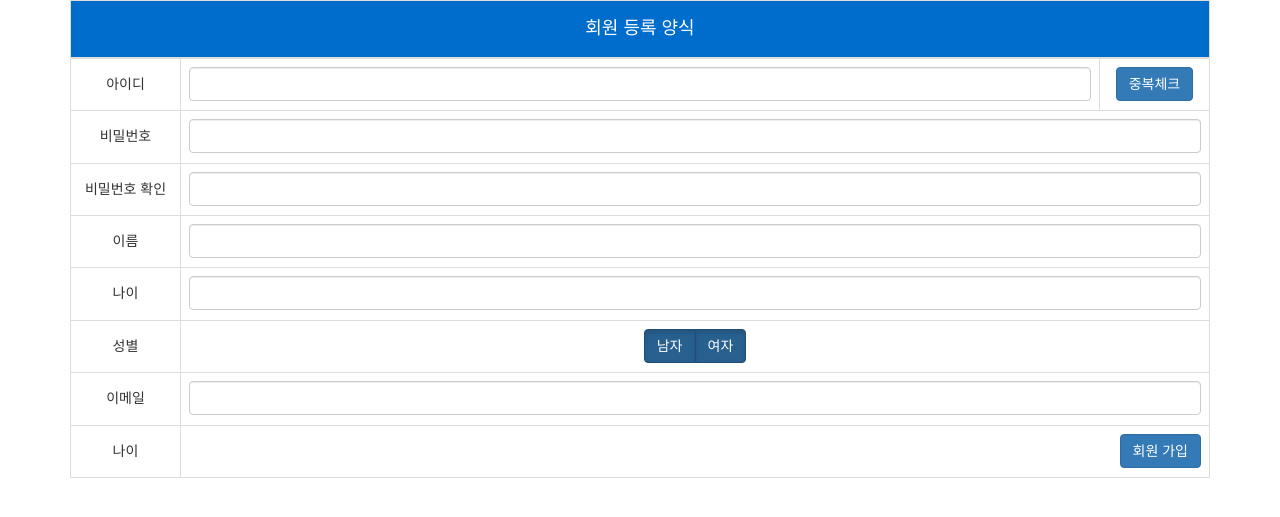
Repository: LJzero-dev/java-study
Page: http://localhost/test/
An editor plug-in stored every save of this project. The page is shown before and after the next save, followed by the edit.
The browser window is 1280 px wide. The pictures show the whole page.
The page is served by Tomcat 9.

Above is the page before, as saved 2023-06-07 11:25:38.

After the next save:
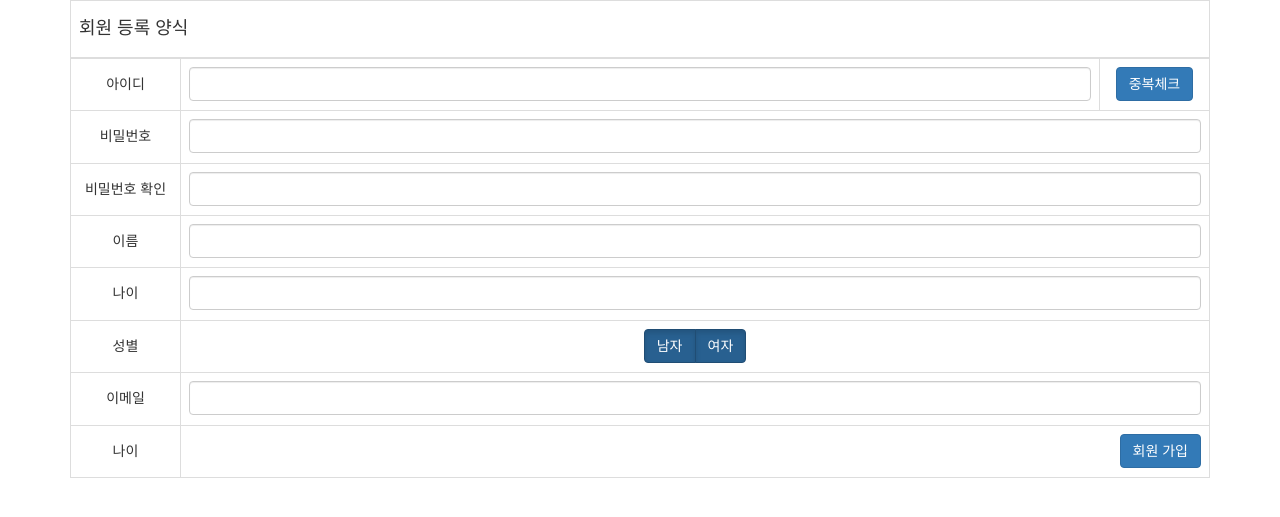
Saved 76 s later.
--- a/web/test/WebContent/css/custom.css
+++ b/web/test/WebContent/css/custom.css
@@ -1,9 +1,7 @@
-
+@import url(http://fonts.googleapis.com/earlyaccess/nanumgothic.css)
 @import url(http://fonts.googleapis.com/earlyaccess/hanna.css)
 @import url(http://fonts.googleapis.com/earlyaccess/notosanskr.css)
-* {
-	font-family: 'Nanum Gothic';
-}
+
 thead th {
 	background-color: #006DCC;
 	color: white;

After the save that followed:
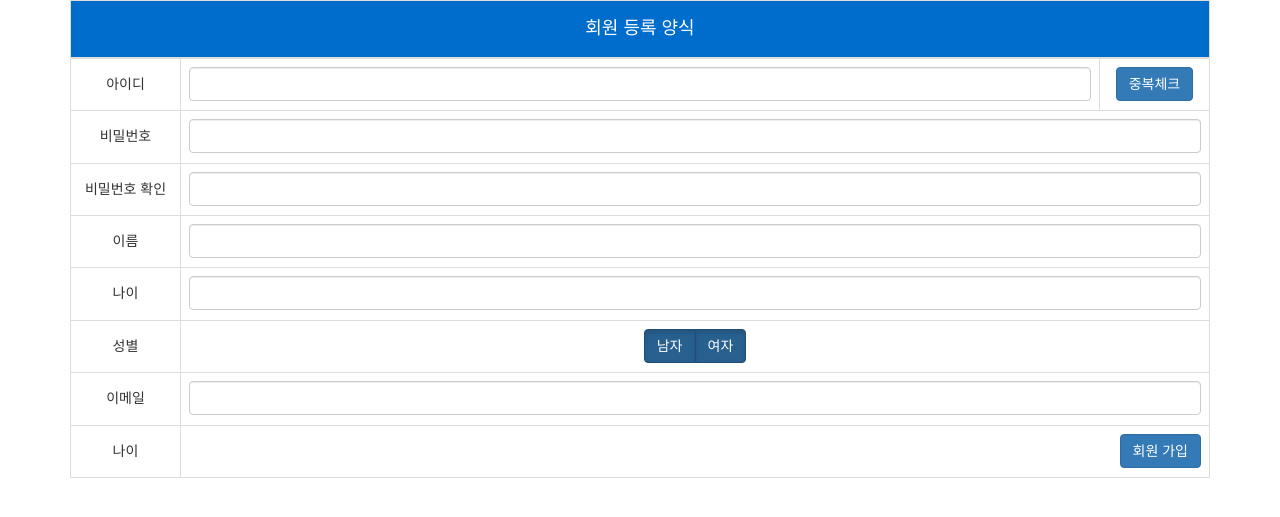
Saved 5 s later.
--- a/web/test/WebContent/css/custom.css
+++ b/web/test/WebContent/css/custom.css
@@ -1,7 +1,9 @@
 @import url(http://fonts.googleapis.com/earlyaccess/nanumgothic.css)
 @import url(http://fonts.googleapis.com/earlyaccess/hanna.css)
 @import url(http://fonts.googleapis.com/earlyaccess/notosanskr.css)
-
+* {
+	font-family: 'Nanum Gothic';
+}
 thead th {
 	background-color: #006DCC;
 	color: white;
